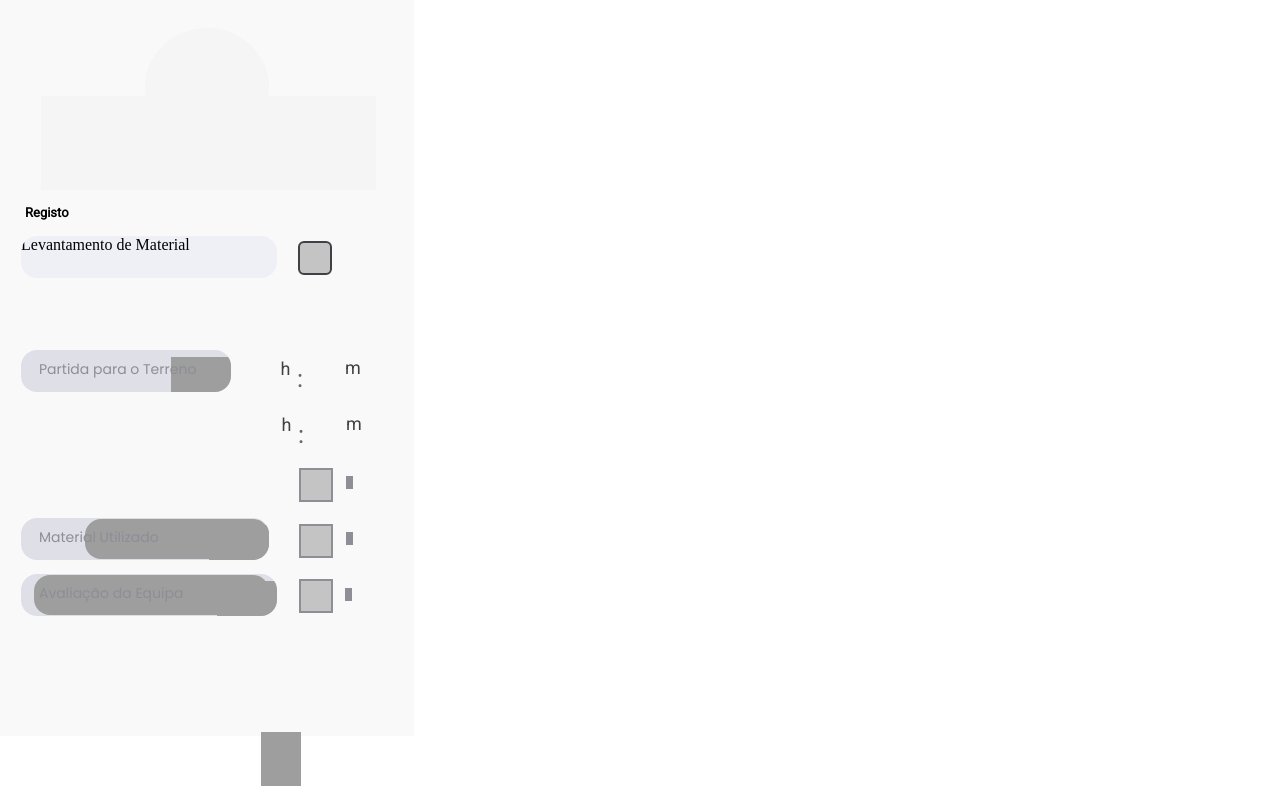
Repository: UnivMinho/D12_frontend
Page: Responsável no Terreno/Front-Office/RegistoDadosOcorrencia.html
The author's editor kept a record of every edit. The page is drawn from the files as they stood at one moment, then again after the next edit.
The browser window is 1280 px wide. The pictures show the whole page.
Pictures or frames that could not be fetched are drawn as grey boxes. Some web libraries are served in a nearby version.

Above is the page before.

### Responsável no Terreno/Front-Office/RegistoDadosOcorrencia.html
<!DOCTYPE html>
<html>

<head>
    <meta charset="utf-8">
    <meta name="viewport" content="width=device-width, initial-scale=1, maximum-scale=1, user-scalable=no">
    <link href="https://fonts.googleapis.com/css?family=Roboto&display=swap" rel="stylesheet" />
    <link href="https://fonts.googleapis.com/css?family=Mulish&display=swap" rel="stylesheet" />
    <link href="https://fonts.googleapis.com/css?family=Poppins&display=swap" rel="stylesheet" />
    <link href="./RegistoDadosOcorrencia.css" rel="stylesheet" />
    <link rel="stylesheet" href="https://pro.fontawesome.com/releases/v5.10.0/css/all.css" integrity="sha384-AYmEC3Yw5cVb3ZcuHtOA93w35dYTsvhLPVnYs9eStHfGJvOvKxVfELGroGkvsg+p" crossorigin="anonymous"/>
    <title>RegistoDadosOcorrencia</title>

</head>

<body>
    <div class="screen">
        <div class="retangulo"></div>
        <div class="circulo"></div>
        <div class="iconArquivos"></div>
    </div>
      <b> <span class="textoRegisto">Registo</span> </b>


    <span class="textoOcorrencia">OCORRÊNCIA 495</span>
        <div class="boxLevantamentoMaterial">
        <span class="textoLevantamentoMaterial">Levantamento de Material</span></div>

        <div class="boxPresencas">
            <span class="textoPresencas">Presença de Operacionais</span></div>

        <div class="boxChegada">
        <span class="textoChegada">Chegada ao Local</span></div>

        <div class="boxDadosComplementares">
           <span class="textoDadosComplementares">Dados Complementares</span></div>
        <div class="v165_3006">
            <div class="v165_3007">
                <div class="v165_3008">
                    <div class="v165_3009"></div>
                    <div class="v165_3010"></div>
                </div>
            </div>
            <div class="v165_3011"></div><span class="v165_3012">Avaliação da Equipa</span></div>
        <div class="v67_9">
            <div class="v67_10">
                <div class="v67_11">
                    <div class="v67_12"></div>
                    <div class="v67_13"></div>
                </div>
            </div><span class="v67_15">Partida para o Terreno</span></div>
        <div class="v62_41"></div>
        <div class="name"></div>
        <div class="name"></div>
        <div class="name"></div>
        <div class="v73_2"></div>
        <div class="v73_3"></div>
        <div class="v74_7"></div>
        <div class="v74_8"></div>
        <div class="v165_3013"></div>
        <div class="v165_3014"></div>
        <div class="v67_2">
            <div class="v67_3">
                <div class="v67_4">
                    <div class="v67_5"></div>
                    <div class="v67_6"></div>
                </div>
            </div>
            <div class="v67_7"></div><span class="v67_8">Material Utilizado</span></div>
        <div class="name"></div>
        <div class="name"></div>
        <div class="name"></div><span class="v121_185">:</span><span class="v121_186">h</span><span class="v121_187">m</span>
        <div class="name"></div>
        <div class="name"></div><span class="v121_192">:</span><span class="v121_193">h</span><span class="v121_194">m</span>
        <div class="v165_2883"></div>
    </div>
</body>

</html>

### Responsável no Terreno/Front-Office/RegistoDadosOcorrencia.css
* {
  overflow-x: hidden;
  padding: 0px !important;
  margin: 0px !important;
}

.screen {
    width: 414px;
    height: 736px;
    background: rgba(250, 249, 249, 1);
    opacity: 1;
    position: absolute;
    top: 0px;
    left: 0px;
    overflow: hidden;
}

.retangulo {
    width: 335px;
    height: 94px;
    background: rgba(245, 245, 245, 1);
    opacity: 1;
    position: absolute;
    top: 13%;
    left: 10%;
    overflow: hidden;
}

.circulo {
    width: 124px;
    height: 117px;
    background: rgba(245, 245, 245, 1);
    opacity: 1;
    position: absolute;
    top: 28px;
    left: 35%;
    border-radius: 50%;
}

.textoRegisto {
  width: 57px;
  color: rgba(0,0,0,1);
  position: absolute;
  top: 205px;
  left: 25px;
  font-family: Roboto;
  font-weight: Black;
  font-size: 13px;
  opacity: 1;
  text-align: left;
}

.v53_518 {
  width: 124px;
  height: 117px;
  background: rgba(245,245,245,1);
  opacity: 1;
  position: absolute;
  top: 32px;
  left: 131px;
  border-radius: 50%;
}

.v53_511 {
  width: 335px;
  height: 94px;
  background: rgba(245,245,245,1);
  opacity: 1;
  position: absolute;
  top: 96px;
  left: 20px;
  overflow: hidden;
}


.v53_519 {
  width: 255px;
  color: rgba(36,47,65,1);
  position: absolute;
  top: 146px;
  left: 66px;
  font-family: Mulish;
  font-weight: Regular;
  font-size: 30px;
  opacity: 1;
  text-align: center;
}


.boxLevantamentoMaterial {
  width: 256px;
  height: 42px;
  background: rgba(239,240,246,1);
  opacity: 1;
  position: absolute;
  top: 236px;
  left: 21px;
  border-top-left-radius: 16px;
  border-top-right-radius: 16px;
  border-bottom-left-radius: 16px;
  border-bottom-right-radius: 16px;
  overflow: hidden;
}



.v62_30 {
  width: 184px;
  height: 40px;
  background: url("../images/v62_30.png");
  background-repeat: no-repeat;
  background-position: center center;
  background-size: cover;
  padding: 6px 0px;
  opacity: 1;
  position: absolute;
  top: 1px;
  left: 64px;
  border-top-left-radius: 16px;
  border-top-right-radius: 16px;
  border-bottom-left-radius: 16px;
  border-bottom-right-radius: 16px;
  overflow: hidden;
}

.v62_32 {
  width: 204px;
  color: rgba(65,65,69,1);
  position: absolute;
  top: 9px;
  left: 18px;
  font-family: Poppins;
  font-weight: Medium;
  font-size: 14px;
  opacity: 1;
  text-align: left;
}

.v64_382 {
  width: 256px;
  height: 42px;
  background: rgba(239,240,246,1);
  opacity: 1;
  position: absolute;
  top: 293px;
  left: 21px;
  border-top-left-radius: 16px;
  border-top-right-radius: 16px;
  border-bottom-left-radius: 16px;
  border-bottom-right-radius: 16px;
  overflow: hidden;
}

.v64_383 {
  width: 60px;
  height: 56px;
  background: url("../images/v64_383.png");
  background-repeat: no-repeat;
  background-position: center center;
  background-size: cover;
  padding: 22px 24px;
  margin: 10px;
  opacity: 1;
  position: absolute;
  top: 7px;
  left: 196px;
  overflow: hidden;
}

.v64_384 {
  width: 12px;
  height: 12px;
  background: rgba(255,255,255,1);
  opacity: 1;
  position: absolute;
  top: 33px;
  left: 93px;
  overflow: hidden;
}

.v64_385 {
  height: 16px;
  background: url("../images/v64_385.png");
  opacity: 1;
  position: absolute;
  top: 0px;
  left: 0px;
  border: 2px solid rgba(160,163,189,1);
  transform: rotate(-45deg);
}

.v64_386 {
  height: 16px;
  background: url("../images/v64_386.png");
  opacity: 1;
  position: absolute;
  top: 12px;
  left: 0px;
  border: 2px solid rgba(160,163,189,1);
  transform: rotate(-135deg);
}

.v64_387 {
  width: 184px;
  height: 40px;
  background: url("../images/v64_387.png");
  background-repeat: no-repeat;
  background-position: center center;
  background-size: cover;
  padding: 6px 0px;
  opacity: 1;
  position: absolute;
  top: 1px;
  left: 64px;
  border-top-left-radius: 16px;
  border-top-right-radius: 16px;
  border-bottom-left-radius: 16px;
  border-bottom-right-radius: 16px;
  overflow: hidden;
}

.v64_388 {
  width: 203px;
  color: rgba(65,65,69,1);
  position: absolute;
  top: 9px;
  left: 18px;
  font-family: Poppins;
  font-weight: Medium;
  font-size: 14px;
  opacity: 1;
  text-align: left;
}

.v69_382 {
  width: 210px;
  height: 42px;
  background: rgba(223,224,231,1);
  opacity: 1;
  position: absolute;
  top: 406px;
  left: 21px;
  border-top-left-radius: 16px;
  border-top-right-radius: 16px;
  border-bottom-left-radius: 16px;
  border-bottom-right-radius: 16px;
  overflow: hidden;
}

.v69_383 {
  width: 60px;
  height: 56px;
  background: url("../images/v69_383.png");
  background-repeat: no-repeat;
  background-position: center center;
  background-size: cover;
  padding: 22px 24px;
  margin: 10px;
  opacity: 1;
  position: absolute;
  top: 7px;
  left: 150px;
  overflow: hidden;
}

.v69_384 {
  width: 12px;
  height: 12px;
  background: rgba(255,255,255,1);
  opacity: 1;
  position: absolute;
  top: 33px;
  left: 139px;
  overflow: hidden;
}

.v69_385 {
  height: 16px;
  background: url("../images/v69_385.png");
  opacity: 1;
  position: absolute;
  top: 0px;
  left: 0px;
  border: 2px solid rgba(160,163,189,1);
  transform: rotate(-45deg);
}

.v69_386 {
  height: 16px;
  background: url("../images/v69_386.png");
  opacity: 1;
  position: absolute;
  top: 12px;
  left: 0px;
  border: 2px solid rgba(160,163,189,1);
  transform: rotate(-135deg);
}

.v69_387 {
  width: 184px;
  height: 40px;
  background: url("../images/v69_387.png");
  background-repeat: no-repeat;
  background-position: center center;
  background-size: cover;
  padding: 6px 0px;
  opacity: 1;
  position: absolute;
  top: 1px;
  left: 64px;
  border-top-left-radius: 16px;
  border-top-right-radius: 16px;
  border-bottom-left-radius: 16px;
  border-bottom-right-radius: 16px;
  overflow: hidden;
}

.v69_388 {
  width: 141px;
  color: rgba(141,142,150,1);
  position: absolute;
  top: 9px;
  left: 18px;
  font-family: Poppins;
  font-weight: Medium;
  font-size: 14px;
  opacity: 1;
  text-align: left;
}

.v72_1 {
  width: 257px;
  height: 42px;
  background: rgba(223,224,231,1);
  opacity: 1;
  position: absolute;
  top: 462px;
  left: 20px;
  border-top-left-radius: 16px;
  border-top-right-radius: 16px;
  border-bottom-left-radius: 16px;
  border-bottom-right-radius: 16px;
  overflow: hidden;
}

.v72_2 {
  width: 60px;
  height: 56px;
  background: url("../images/v72_2.png");
  background-repeat: no-repeat;
  background-position: center center;
  background-size: cover;
  padding: 22px 24px;
  margin: 10px;
  opacity: 1;
  position: absolute;
  top: 7px;
  left: 197px;
  overflow: hidden;
}

.v72_3 {
  width: 12px;
  height: 12px;
  background: rgba(255,255,255,1);
  opacity: 1;
  position: absolute;
  top: 33px;
  left: 92px;
  overflow: hidden;
}

.v72_4 {
  height: 16px;
  background: url("../images/v72_4.png");
  opacity: 1;
  position: absolute;
  top: 0px;
  left: 0px;
  border: 2px solid rgba(160,163,189,1);
  transform: rotate(-45deg);
}

.v72_5 {
  height: 16px;
  background: url("../images/v72_5.png");
  opacity: 1;
  position: absolute;
  top: 12px;
  left: 0px;
  border: 2px solid rgba(160,163,189,1);
  transform: rotate(-135deg);
}

.v72_6 {
  width: 24px;
  height: 36px;
  background: url("../images/v72_6.png");
  background-repeat: no-repeat;
  background-position: center center;
  background-size: cover;
  padding: 6px 0px;
  opacity: 1;
  position: absolute;
  top: 3px;
  left: 64px;
  border-top-left-radius: 16px;
  border-top-right-radius: 16px;
  border-bottom-left-radius: 16px;
  border-bottom-right-radius: 16px;
  overflow: hidden;
}

.v72_7 {
  width: 188px;
  color: rgba(141,142,150,1);
  position: absolute;
  top: 9px;
  left: 18px;
  font-family: Poppins;
  font-weight: Medium;
  font-size: 14px;
  opacity: 1;
  text-align: left;
}

.v165_3006 {
  width: 256px;
  height: 42px;
  background: rgba(223,224,231,1);
  opacity: 1;
  position: absolute;
  top: 574px;
  left: 21px;
  border-top-left-radius: 16px;
  border-top-right-radius: 16px;
  border-bottom-left-radius: 16px;
  border-bottom-right-radius: 16px;
  overflow: hidden;
}

.v165_3007 {
  width: 60px;
  height: 56px;
  background: url("../images/v165_3007.png");
  background-repeat: no-repeat;
  background-position: center center;
  background-size: cover;
  padding: 22px 24px;
  margin: 10px;
  opacity: 1;
  position: absolute;
  top: 7px;
  left: 196px;
  overflow: hidden;
}

.v165_3008 {
  width: 12px;
  height: 12px;
  background: rgba(255,255,255,1);
  opacity: 1;
  position: absolute;
  top: 33px;
  left: 93px;
  overflow: hidden;
}

.v165_3009 {
  height: 16px;
  background: url("../images/v165_3009.png");
  opacity: 1;
  position: absolute;
  top: 0px;
  left: 0px;
  border: 2px solid rgba(160,163,189,1);
  transform: rotate(-45deg);
}

.v165_3010 {
  height: 16px;
  background: url("../images/v165_3010.png");
  opacity: 1;
  position: absolute;
  top: 12px;
  left: 0px;
  border: 2px solid rgba(160,163,189,1);
  transform: rotate(-135deg);
}

.v165_3011 {
  width: 235px;
  height: 40px;
  background: url("../images/v165_3011.png");
  background-repeat: no-repeat;
  background-position: center center;
  background-size: cover;
  padding: 6px 0px;
  opacity: 1;
  position: absolute;
  top: 1px;
  left: 13px;
  border-top-left-radius: 16px;
  border-top-right-radius: 16px;
  border-bottom-left-radius: 16px;
  border-bottom-right-radius: 16px;
  overflow: hidden;
}

.v165_3012 {
  width: 160px;
  color: rgba(141,142,150,1);
  position: absolute;
  top: 9px;
  left: 18px;
  font-family: Poppins;
  font-weight: Medium;
  font-size: 14px;
  opacity: 1;
  text-align: left;
}

.v67_9 {
  width: 210px;
  height: 42px;
  background: rgba(223,224,231,1);
  opacity: 1;
  position: absolute;
  top: 350px;
  left: 21px;
  border-top-left-radius: 16px;
  border-top-right-radius: 16px;
  border-bottom-left-radius: 16px;
  border-bottom-right-radius: 16px;
  overflow: hidden;
}

.v67_10 {
  width: 60px;
  height: 56px;
  background: url("../images/v67_10.png");
  background-repeat: no-repeat;
  background-position: center center;
  background-size: cover;
  padding: 22px 24px;
  margin: 10px;
  opacity: 1;
  position: absolute;
  top: 7px;
  left: 150px;
  overflow: hidden;
}

.v67_11 {
  width: 12px;
  height: 12px;
  background: rgba(255,255,255,1);
  opacity: 1;
  position: absolute;
  top: 33px;
  left: 139px;
  overflow: hidden;
}

.v67_12 {
  height: 16px;
  background: url("../images/v67_12.png");
  opacity: 1;
  position: absolute;
  top: 0px;
  left: 0px;
  border: 2px solid rgba(160,163,189,1);
  transform: rotate(-45deg);
}

.v67_13 {
  height: 16px;
  background: url("../images/v67_13.png");
  opacity: 1;
  position: absolute;
  top: 12px;
  left: 0px;
  border: 2px solid rgba(160,163,189,1);
  transform: rotate(-135deg);
}

.v67_15 {
  width: 175px;
  color: rgba(141,142,150,1);
  position: absolute;
  top: 9px;
  left: 18px;
  font-family: Poppins;
  font-weight: Medium;
  font-size: 14px;
  opacity: 1;
  text-align: left;
}

.v62_41 {
  width: 30px;
  height: 30px;
  background: rgba(196,196,196,1);
  opacity: 1;
  position: absolute;
  top: 241px;
  left: 298px;
  border: 2px solid rgba(65,65,69,1);
  border-top-left-radius: 6px;
  border-top-right-radius: 6px;
  border-bottom-left-radius: 6px;
  border-bottom-right-radius: 6px;
  overflow: hidden;
}

.v73_2 {
  width: 30px;
  height: 30px;
  background: rgba(196,196,196,1);
  opacity: 1;
  position: absolute;
  top: 468px;
  left: 299px;
  border: 2px solid rgba(141,142,150,1);
}

.v73_3 {
  width: 7px;
  height: 13px;
  background: rgba(141,142,150,1);
  opacity: 1;
  position: absolute;
  top: 476px;
  left: 346px;
}

.v74_7 {
  width: 30px;
  height: 30px;
  background: rgba(196,196,196,1);
  opacity: 1;
  position: absolute;
  top: 524px;
  left: 299px;
  border: 2px solid rgba(141,142,150,1);
}

.v74_8 {
  width: 7px;
  height: 13px;
  background: rgba(141,142,150,1);
  opacity: 1;
  position: absolute;
  top: 532px;
  left: 346px;
}

.v165_3013 {
  width: 30px;
  height: 30px;
  background: rgba(196,196,196,1);
  opacity: 1;
  position: absolute;
  top: 579px;
  left: 299px;
  border: 2px solid rgba(141,142,150,1);
}

.v165_3014 {
  width: 7px;
  height: 13px;
  background: rgba(141,142,150,1);
  opacity: 1;
  position: absolute;
  top: 588px;
  left: 345px;
}

.v67_2 {
  width: 248px;
  height: 42px;
  background: rgba(223,224,231,1);
  opacity: 1;
  position: absolute;
  top: 518px;
  left: 21px;
  border-top-left-radius: 16px;
  border-top-right-radius: 16px;
  border-bottom-left-radius: 16px;
  border-bottom-right-radius: 16px;
  overflow: hidden;
}

.v67_3 {
  width: 60px;
  height: 56px;
  background: url("../images/v67_3.png");
  background-repeat: no-repeat;
  background-position: center center;
  background-size: cover;
  padding: 22px 24px;
  margin: 10px;
  opacity: 1;
  position: absolute;
  top: 7px;
  left: 188px;
  overflow: hidden;
}

.v67_4 {
  width: 12px;
  height: 12px;
  background: rgba(255,255,255,1);
  opacity: 1;
  position: absolute;
  top: 33px;
  left: 101px;
  overflow: hidden;
}

.v67_5 {
  height: 16px;
  background: url("../images/v67_5.png");
  opacity: 1;
  position: absolute;
  top: 0px;
  left: 0px;
  border: 2px solid rgba(160,163,189,1);
  transform: rotate(-45deg);
}

.v67_6 {
  height: 16px;
  background: url("../images/v67_6.png");
  opacity: 1;
  position: absolute;
  top: 12px;
  left: 0px;
  border: 2px solid rgba(160,163,189,1);
  transform: rotate(-135deg);
}

.v67_7 {
  width: 184px;
  height: 40px;
  background: url("../images/v67_7.png");
  background-repeat: no-repeat;
  background-position: center center;
  background-size: cover;
  padding: 6px 0px;
  opacity: 1;
  position: absolute;
  top: 1px;
  left: 64px;
  border-top-left-radius: 16px;
  border-top-right-radius: 16px;
  border-bottom-left-radius: 16px;
  border-bottom-right-radius: 16px;
  overflow: hidden;
}

.v67_8 {
  width: 135px;
  color: rgba(141,142,150,1);
  position: absolute;
  top: 9px;
  left: 18px;
  font-family: Poppins;
  font-weight: Medium;
  font-size: 14px;
  opacity: 1;
  text-align: left;
}

.v121_185 {
  width: 10px;
  color: rgba(102,102,105,1);
  position: absolute;
  top: 417px;
  left: 296px;
  font-family: Poppins;
  font-weight: Medium;
  font-size: 24px;
  opacity: 1;
  text-align: center;
}

.v121_186 {
  width: 15px;
  color: rgba(65,65,69,1);
  position: absolute;
  top: 414px;
  left: 279px;
  font-family: Roboto;
  font-weight: Black;
  font-size: 18px;
  opacity: 1;
  text-align: center;
}

.v121_187 {
  width: 20px;
  color: rgba(65,65,69,1);
  position: absolute;
  top: 413px;
  left: 344px;
  font-family: Roboto;
  font-weight: Black;
  font-size: 18px;
  opacity: 1;
  text-align: center;
}

.v121_192 {
  width: 10px;
  color: rgba(102,102,105,1);
  position: absolute;
  top: 361px;
  left: 295px;
  font-family: Poppins;
  font-weight: Medium;
  font-size: 24px;
  opacity: 1;
  text-align: center;
}

.v121_193 {
  width: 15px;
  color: rgba(65,65,69,1);
  position: absolute;
  top: 358px;
  left: 278px;
  font-family: Roboto;
  font-weight: Black;
  font-size: 18px;
  opacity: 1;
  text-align: center;
}

.v121_194 {
  width: 20px;
  color: rgba(65,65,69,1);
  position: absolute;
  top: 357px;
  left: 343px;
  font-family: Roboto;
  font-weight: Black;
  font-size: 18px;
  opacity: 1;
  text-align: center;
}


.v165_2883 {
  width: 40px;
  height: 54px;
  background: url("../images/v165_2883.png");
  opacity: 1;
  position: absolute;
  top: 732px;
  left: 261px;
}

After the next edit:
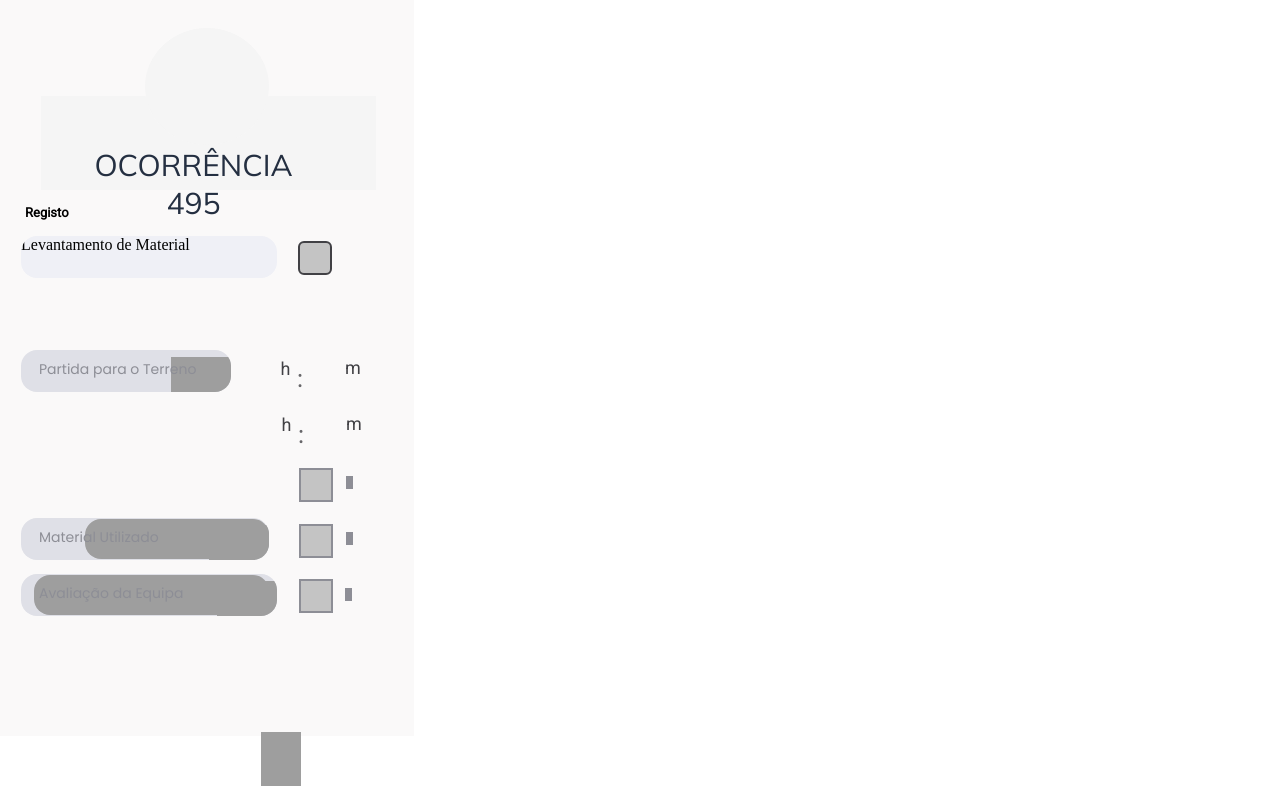
The edit:
--- a/Responsável no Terreno/Front-Office/RegistoDadosOcorrencia.css
+++ b/Responsável no Terreno/Front-Office/RegistoDadosOcorrencia.css
@@ -73,7 +73,7 @@
 }
 
 
-.v53_519 {
+.textoOcorrencia {
   width: 255px;
   color: rgba(36,47,65,1);
   position: absolute;
